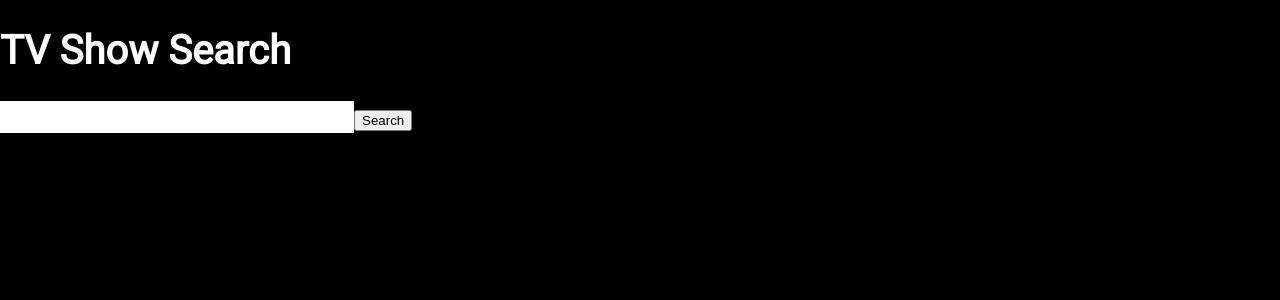
Repository: shayanabedi98/tv-search-react
Page: /
The author's editor kept a copy of each file at every save. The page is drawn from the files as they stood at one save, then again after the next save.
The browser window is 1280 px wide. The pictures show the whole page.
The project was rebuilt for these pictures with package versions that can differ from the ones it lists, and the page was loaded fresh each time. Also part of the build but not shown: vite.config.js.

Above is the page before, as saved 2024-01-02 02:26:28.

### index.html
<!doctype html>
<html lang="en">
  <head>
    <meta charset="UTF-8" />
    <link rel="icon" type="image/svg+xml" href="https://www.svgrepo.com/show/503669/tv.svg" />
    <meta name="viewport" content="width=device-width, initial-scale=1.0" />
    <title>TV Show Search | React</title>
  </head>
  <body>
    <div id="root"></div>
    <script type="module" src="/src/main.jsx"></script>
  </body>
</html>

### src/App.jsx
import { useState } from "react";
import { v4 as uuid } from "uuid";
import List from "./List";
import Search from "./Search";

function App() {
  const [input, setInput] = useState();
  const [showList, setShowList] = useState([]);

  const fetchShow = async () => {
    try {
      if (input) {
        const response = await fetch(
          `https://api.tvmaze.com/search/shows?q=${input}`
        );
        const responseJson = await response.json();
        let newList = [];
        for (let i = 0; i < responseJson.length; i++) {
          if (responseJson[i].show.image) {
            newList.push({
              id: uuid(),
              name: responseJson[i].show.name,
              img: responseJson[i].show.image.medium,
              language: responseJson[i].show.language,
              rating: responseJson[i].show.rating.average,
            });
          }
        }
        setShowList(newList);
        console.log(responseJson);
      }
    } catch (err) {
      console.log(err);
    }
  };

  const handleChange = (e) => {
    setInput(e.target.value);
  };

  return (
    <div>
      <Search fetchShow={fetchShow} input={input} handleChange={handleChange} />
      <List showList={showList} />
    </div>
  );
}

export default App;

### src/index.css
@import url('https://fonts.googleapis.com/css2?family=Roboto&display=swap');

body {
  font-family: 'Roboto', sans-serif;
  margin: 0;
  padding: 0;
  background-color: black;
  color: white;
}

.search h1 {
  font-size: 40px;
}

.search input {
  border: none;
  height: 30px;
  width: 350px;
  font-size: 26px;
  outline: none;
}

.search input:focus {
  outline: 2px grey solid;
}

### src/List.jsx
import React from "react";

const List = ({ showList }) => {
  return (
    <div className="list">
      {showList.length > 0 &&
        showList.map((show) => {
          return (
            <div className="card" key={show.id}>
              <h2>{show.name}</h2>
              <img src={show.img} alt={`cover photo of ${show.name}`} />
              <p>
                <span>Language: </span>
                {show.language}
              </p>
              <p>{show.rating ? `Rating: ${show.rating}⭐` : "Rating: N/A"}</p>
            </div>
          );
        })}
    </div>
  );
};

export default List;

### src/Search.jsx
import React from "react";

const Search = ({ fetchShow, input, handleChange }) => {
  return (
    <div className="search">
        <h1>TV Show Search</h1>
      <div className="search-bar">
        <input
          required
          type="text"
          onKeyDown={(e) => e.key === "Enter" && fetchShow()}
          onChange={handleChange}
          value={input}
        />
        <button onClick={fetchShow}>Search</button>
      </div>
    </div>
  );
};

export default Search;

Loaded but not shown: src/main.jsx (common file)

After the next save:
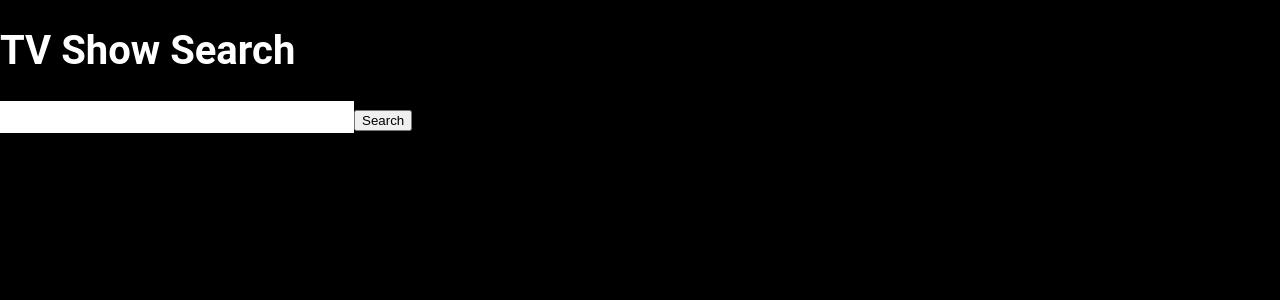
Saved 2 min 28 s later.
--- a/src/index.css
+++ b/src/index.css
@@ -1,4 +1,4 @@
-@import url('https://fonts.googleapis.com/css2?family=Roboto&display=swap');
+@import url('https://fonts.googleapis.com/css2?family=Inter:wght@600&display=swap');
 
 body {
   font-family: 'Roboto', sans-serif;
@@ -23,3 +23,7 @@ body {
 .search input:focus {
   outline: 2px grey solid;
 }
+
+.search button {
+
+}
